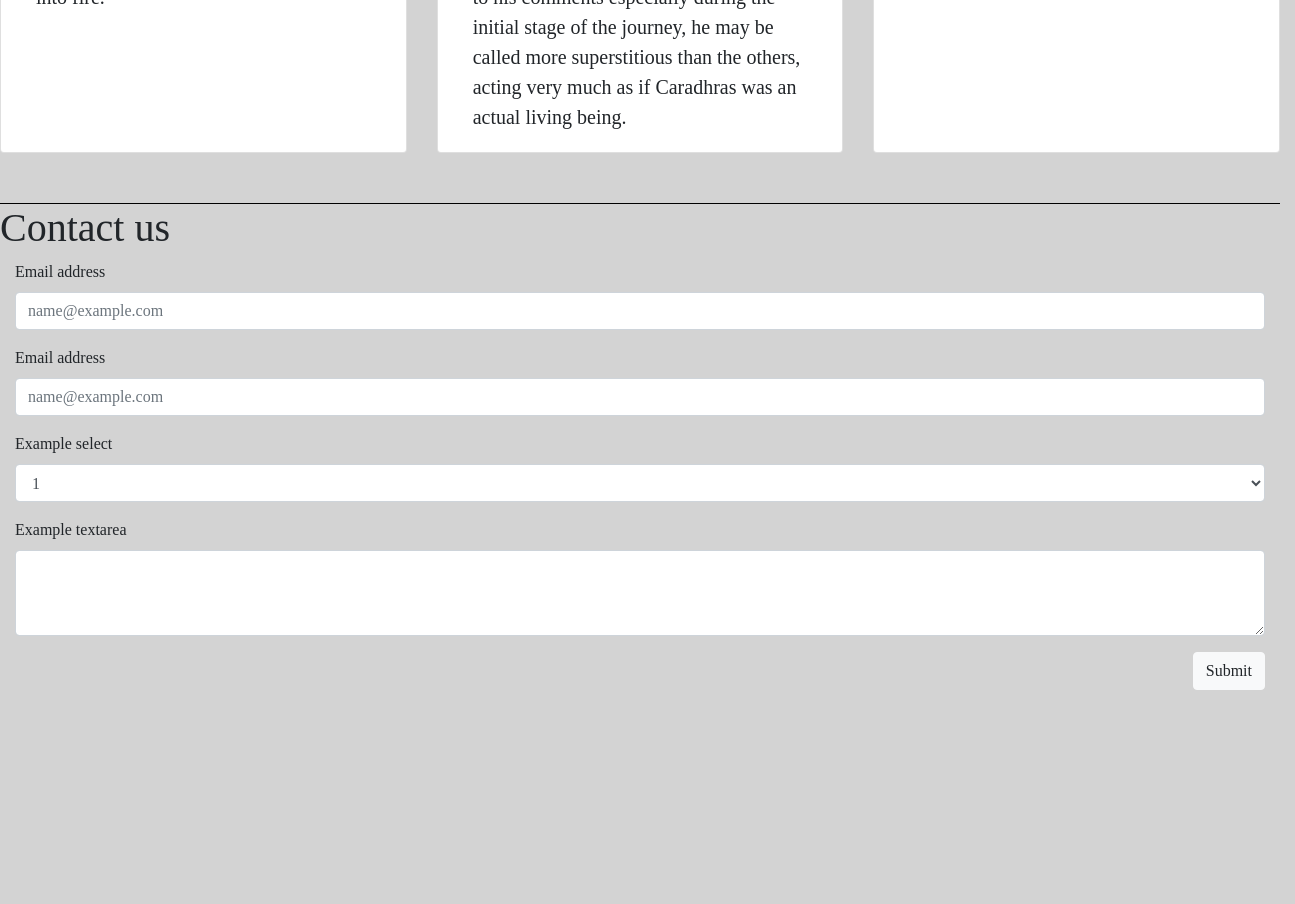
Repository: Khaleddwm/FindThePrecious
Page: index.html
An editor plug-in stored every save of this project. The page is shown before and after the next save, followed by the edit.
The browser window is 1280 px wide. The page is 1295 px wide, so the pictures cover 1295 px, including what lies to the right of the window. The pictures show the part of the page from y = 1707 to 2631 px (the page is 2611 px tall before and 2631 px after).
Some web fonts or font styles are not loaded; a fallback is used.

Above is the page before, as saved 2020-05-24 21:52:09.

### index.html
<!DOCTYPE html>
<html lang="en">
<head>
    <meta charset="UTF-8">
    <meta name="viewport" content="width=device-width, initial-scale=1.0">
    <title>FindThePrecious</title>
    <link href="https://fonts.googleapis.com/css2?family=Bad+Script&display=swap" rel="stylesheet">
    <!-- CSS only -->
    <link rel="stylesheet" href="https://stackpath.bootstrapcdn.com/bootstrap/4.5.0/css/bootstrap.min.css" integrity="sha384-9aIt2nRpC12Uk9gS9baDl411NQApFmC26EwAOH8WgZl5MYYxFfc+NcPb1dKGj7Sk" crossorigin="anonymous">
    <link rel="stylesheet" href="style.css">
    <!-- JS, Popper.js, and jQuery -->
    <script src="https://code.jquery.com/jquery-3.5.1.slim.min.js" integrity="sha384-DfXdz2htPH0lsSSs5nCTpuj/zy4C+OGpamoFVy38MVBnE+IbbVYUew+OrCXaRkfj" crossorigin="anonymous"></script>
    <script src="https://cdn.jsdelivr.net/npm/popper.js@1.16.0/dist/umd/popper.min.js" integrity="sha384-Q6E9RHvbIyZFJoft+2mJbHaEWldlvI9IOYy5n3zV9zzTtmI3UksdQRVvoxMfooAo" crossorigin="anonymous"></script>
    <script src="https://stackpath.bootstrapcdn.com/bootstrap/4.5.0/js/bootstrap.min.js" integrity="sha384-OgVRvuATP1z7JjHLkuOU7Xw704+h835Lr+6QL9UvYjZE3Ipu6Tp75j7Bh/kR0JKI" crossorigin="anonymous"></script>
</head>
<body>
    <nav class="navbar navbar-expand-sm navbar-dark bg-dark">
        <a href"index.html" class="titleNav navbar-brand">FindThePrecious.com</a>
        <button class="navbar-toggler" data-toggle="collapse" data-target="#navbarMenu">
            <span class="navbar-toggler-icon"></span>
        </button>
        <div class="collapse navbar-collapse" id="navbarMenu">
            <ul class="navbar-nav">
                <li class="nav-item">
                    <a href="#" class="nav-link">Fellows</a>
                </li>
                <li>
                    <a href="#" class="nav-link">Contact us</a>
                </li>
            </ul>
        </div>
    </nav>
    <div id="carouselControls" class="carousel slide" data-ride="carousel">
        <div class="carousel-inner">
            <div class="carousel-caption d-none d-block">
                <h1>Dangerous fellowship try to destroy the ring</h1>
                <p>Orcs, Goblins, Balrogs, protect your master Sauron !</p>
            </div>
            <div class="carousel-item active">
                <img class="d-block w-100" src="https://img.phonandroid.com/2018/04/seigneur-des-anneaux.jpg" alt="First slide">
            </div>
            <div class="carousel-item">
                <img class="d-block w-100" src="https://www.journaldugeek.com/content/uploads/2019/07/lord-of-the-rings-gollum-new-lotr-stealth-game-coming-2021-from-daedalic-entertainment-767717.jpg" alt="Second slide">
            </div>
            <div class="carousel-item">
                <img class="d-block w-100" src="https://static.fnac-static.com/multimedia/Images/FD/Comete/123445/CCP_IMG_ORIGINAL/1608701.jpg" alt="Third slide">
            </div>
        </div>
        <a class="carousel-control-prev" href="#carouselControls" role="button" data-slide="prev">
            <span class="carousel-control-prev-icon" aria-hidden="true"></span>
            <span class="sr-only">Previous</span>
        </a>
        <a class="carousel-control-next" href="#carouselControls" role="button" data-slide="next">
            <span class="carousel-control-next-icon" aria-hidden="true"></span>
            <span class="sr-only">Next</span>
        </a>
    </div>
    <div class="wanted">
        <div class="wanted-title">
            <h1>Fellows wanted dead (or alive if you want to eat them later)</h1>
        </div>
        <div class="card-deck">
            <div class="card col-xs-12 col-md-4">
                <img src="https://kr4v3n.github.io/Sauron/img/gandalf.png" class="card-img-top" alt="Gandalf">
                <div class="living card-img-overlay">
                    <h2>Reward 1000 gold coins</h2>
                </div>
                <div class="card-body">
                    <h2 class="card-title">Gandalf</h2>
                    <p class="card-text">
                        Gandalf was shorter in stature than the other two; but his long white hair,
                        his sweeping silver beard, and his broad shoulders, made him look like some wise king of ancient legend.
                        In his aged face under great snowy brows his eyes were set like coals that could suddenly burst into fire.
                    </p>
                </div>
            </div>
            <div class="card col-xs-12 col-md-4">
                <img src="https://kr4v3n.github.io/Sauron/img/gimli.png" class="card-img-top" alt="Gimli">
                <div class="dead card-img-overlay">
                    <h2>DEAD</h2>
                </div>
                <div class="card-body">
                    <h2 class="card-title">Gimli</h2>
                    <p class="card-text">
                        Gimli throughout the War showed perhaps the greatest open contempt for Sauron and his minions, save possibly Boromir.
                        He was a grim character, for the most part, laughing only occasionally and, though in a few rare situations inspiring amusement,
                        never joking. Due to his comments especially during the initial stage of the journey, he may be called more superstitious than the others,
                        acting very much as if Caradhras was an actual living being.
                    </p>
                </div>
            </div>
            <div class="card col-xs-12 col-md-4">
                <img src="https://kr4v3n.github.io/Sauron/img/aragorn.png" class="card-img-top" alt="Aragorn">
                <div class="living card-img-overlay">
                    <h2>Reward 250 gold coins</h2>
                </div>
                <div class="card-body">
                    <h2 class="card-title">Aragorn</h2>
                    <p class="card-text">
                        An artist's conception of Aragorn at The Prancing Pony Tolkien gives
                        a brief but detailed description of him in The Lord of the Rings: lean, dark, tall, with
                        "a shaggy head of dark hair flecked with grey, and in a pale stern face a pair of keen grey eyes."
                    </p>
                </div>
            </div>
        </div>
    </div>
    <div class="form">
        <h1>Contact us</h1>
        <form class="container-fluid">
            <div class="form-group">
                <label for="email">Email address</label>
                <input type="email" class="form-control" id="email" placeholder="name@example.com">
            </div>
            <div class="form-group">
                <label for="email">Email address</label>
                <input type="email" class="form-control" id="email" placeholder="name@example.com">
            </div>
            <div class="form-group">
                <label for="select">Example select</label>
                <select class="form-control" id="select">
                    <option>1</option>
                    <option>2</option>
                    <option>3</option>
                    <option>4</option>
                    <option>5</option>
                </select>
            </div>
            <div class="form-group">
                <label for="textarea">Example textarea</label>
                <textarea class="form-control" id="textarea" rows="3"></textarea>
            </div>
            <div class="form-group">
                <input type="submit" class="btn btn-light" id="submit" value="Submit">
            </div>
        </form>
    </div>
</body>
</html>

### style.css
body {
    font-family: 'Bad Script', cursive;
    background-color: lightgrey;
    margin-bottom: 100px;
}

#navbarMenu, .titleNav {
    font-size: 30px;
}

.navbar {
    overflow: hidden;
    position: fixed; /* Set the navbar to fixed position */
    top: 0; /* Position the navbar at the top of the page */
    width: 100%; /* Full width */
    z-index: 1000;
}

/* Change background on mouse-over */
#navbarMenu a:hover {
    background: lightgray;
    color: black;
}

#carouselControls {
    margin-top: 60px;
}

p {
    font-size: 20px;
}

img {
    width: auto;
    height: 600px;
}

.wanted-title {
    text-align: center;
    margin: 50px;
}
/* hover for living */
.living h2 {
    background-color: lightgray;
}

.living {
    opacity: 0;
}

.living:hover {
    opacity: 1;
    text-align: center;
}

/* hover for dead */
.dead {
    opacity: 0;
}

.dead:hover {
    opacity: 1;
    text-align: center;
    background-color: lightgray;
}

#submit {
    float: right;
}

.form {
    margin-top: 50px;
    border-top: 1px solid black;
}

After the next save:
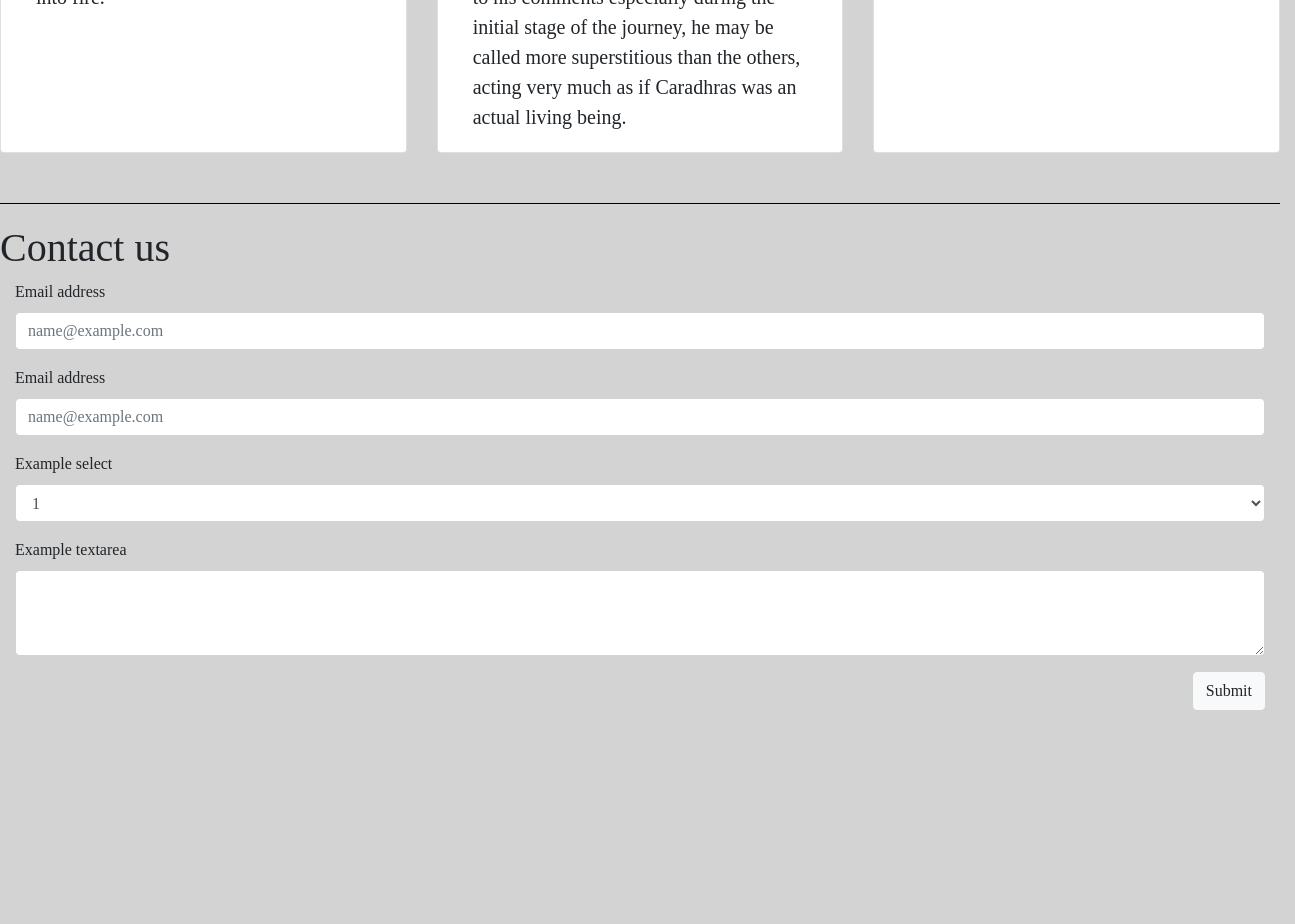
Saved 93 s later.
--- a/style.css
+++ b/style.css
@@ -72,3 +72,7 @@ img {
     margin-top: 50px;
     border-top: 1px solid black;
 }
+
+.form h1 {
+    margin-top: 20px;
+}
